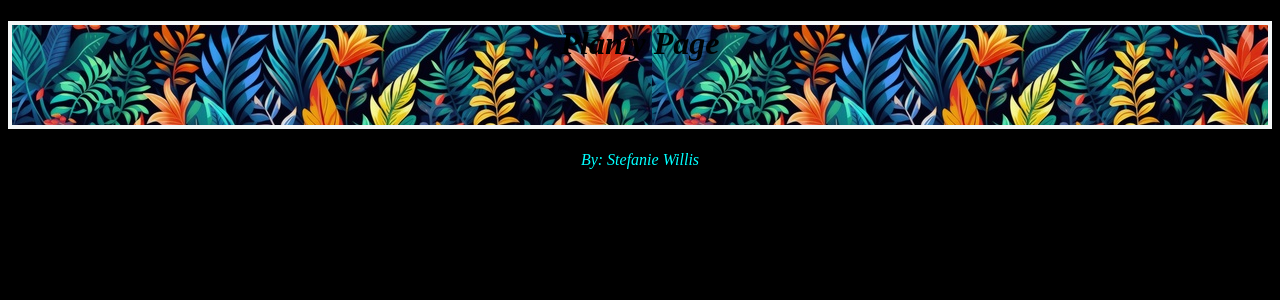
Repository: swillis91/odin-recipies
Page: Planty Page/index.html
These files come from the project's save history. The page is drawn as it stood at one moment and after the next save; the edit follows.
The browser window is 1280 px wide. The pictures show the whole page.

Above is the page before, as saved 2023-08-09 23:37:42.

After the next save:
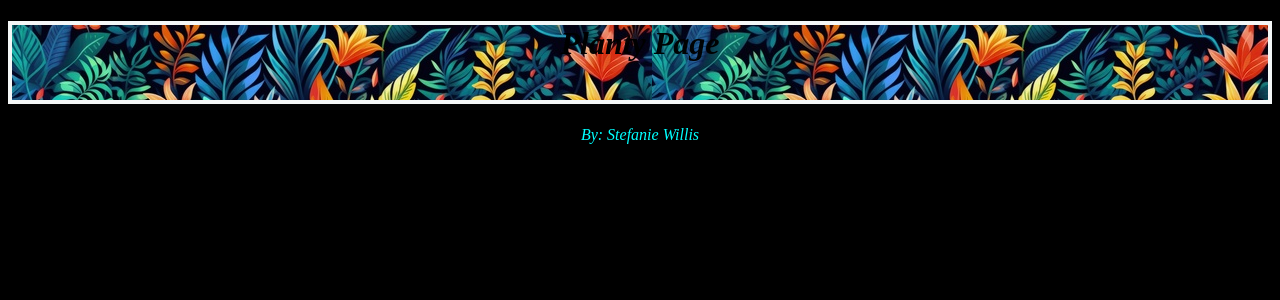
Saved 19 s later.
--- a/Planty Page/style.css
+++ b/Planty Page/style.css
@@ -10,6 +10,6 @@ body{
     color: rgba(0, 0, 0, 0.974);
     border: 4px solid rgb(244, 247, 247);
     background-image: url('Images/banner.jpg');
-    height: 100px;
+    height: 75px;
 
 }
